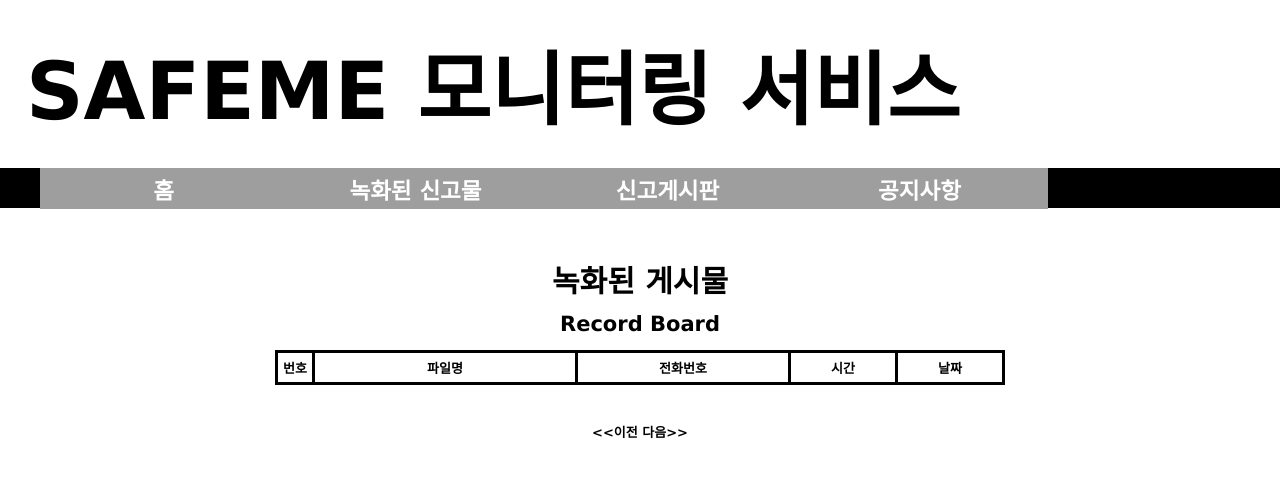
Repository: imdasom/SafeMe
Page: http://localhost/SafeMe/homepage/recordkesipan.jsp
These files come from the project's save history. The page is drawn as it stood at one moment and after the next save; the edit follows.
The browser window is 1280 px wide. The pictures show the whole page.
Pictures or frames that could not be fetched are drawn as grey boxes. The page is served by Tomcat 9. Queries for data that is not in the repository find no rows.

Above is the page before, as saved 2015-12-15 12:32:50.

After the next save:
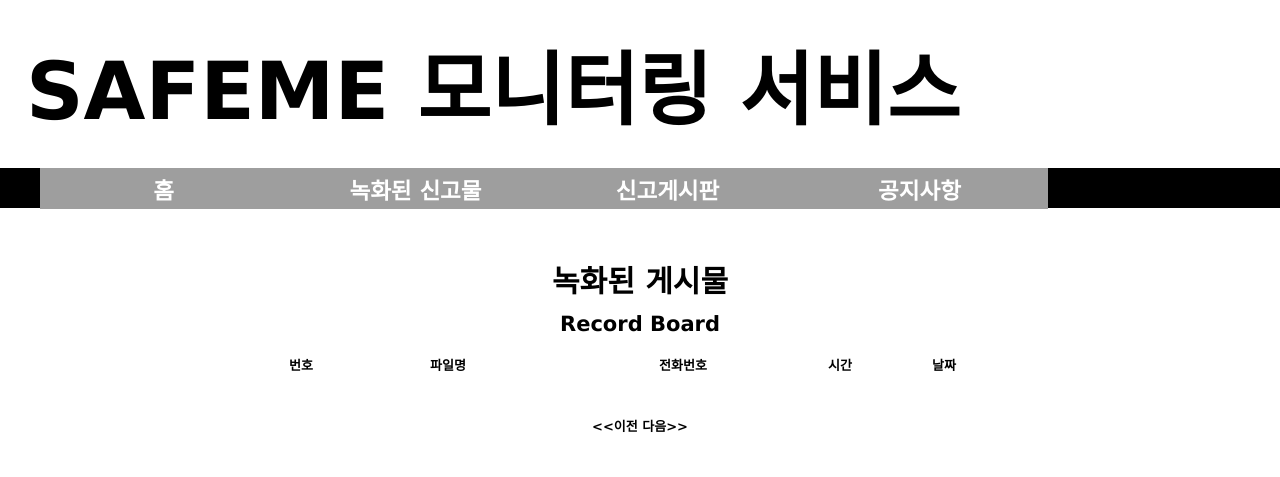
Saved 15 min 53 s later.
--- a/FinalSafeMeWeb/SafeMe/homepage/Home.jsp
+++ b/FinalSafeMeWeb/SafeMe/homepage/Home.jsp
@@ -75,6 +75,25 @@ h2{
                 background-position:100% -42px;
         }
 -->
+/* 게시판 css */
+table {
+	border-collapse: collapse;
+	border-bottom-color: #000;
+	text-align:center;
+}
+
+thead tr {
+	color: #000;
+	text-align:center;
+}
+
+thead {
+	background-color: #f4f4f4; /* border-bottom:1px solid #f4f4f4; */
+}
+
+tbody tr:hover {
+	cursor: pointer;
+}
 </style>
                 </head>
 
